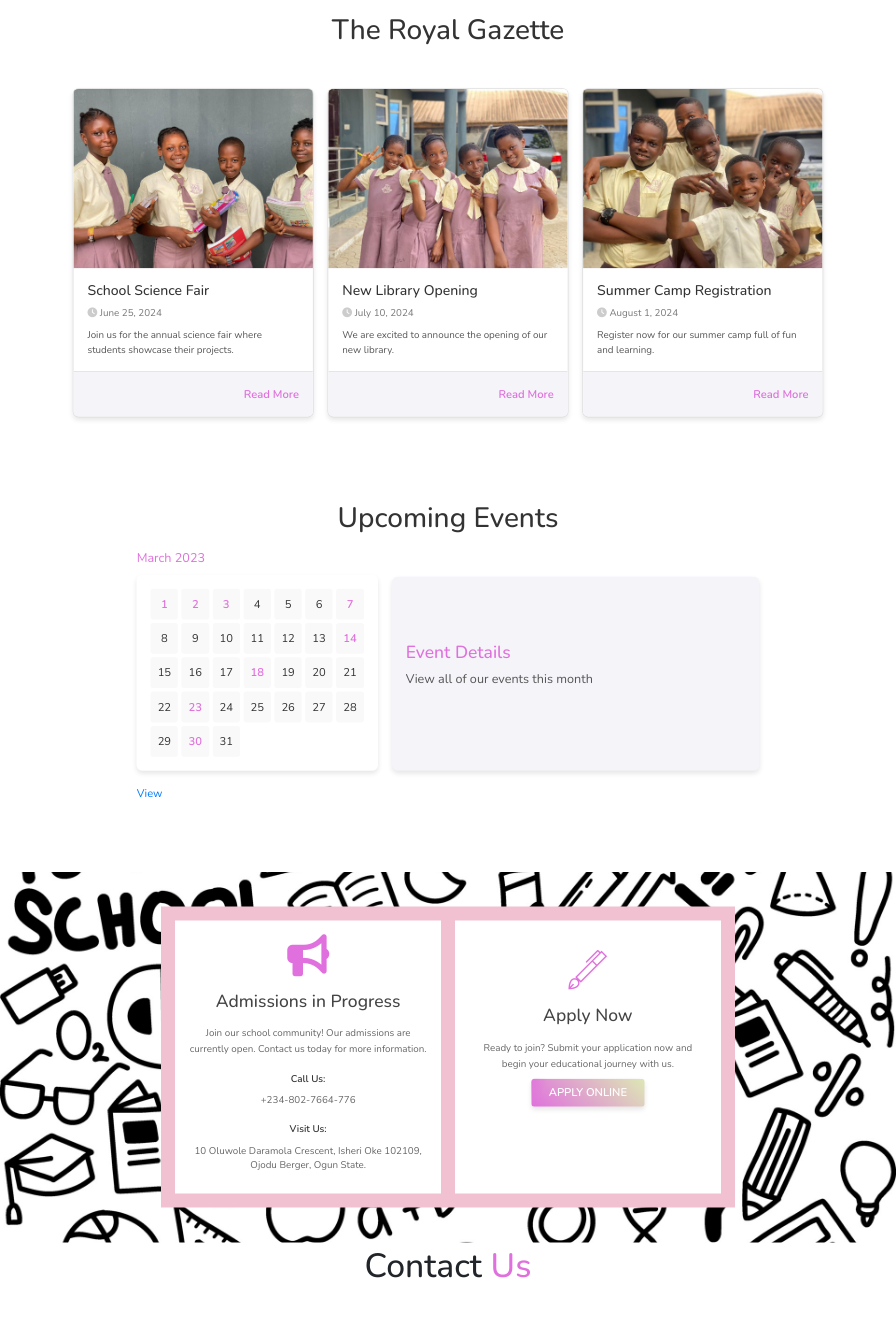
Repository: AdeniranZion/RC-Academy
Page: http://localhost/
An editor plug-in stored every save of this project. The page is shown before and after the next save, followed by the edit.
The browser window is 1280 px wide. The pictures show the part of the page from y = 4580 to 6500 px (the page is 7875 px tall before and 7976 px after), at 70% of full size.
Backgrounds fixed to the window are drawn as part of the page. Some web libraries are served in a nearby version. The page is run by PHP 8.4 with error messages shown; the project is at /var/www/html/.

Above is the page before, as saved 2024-06-24 08:39:07.
Console error: TypeError: Cannot set properties of null (setting 'onclick')

After the next save:
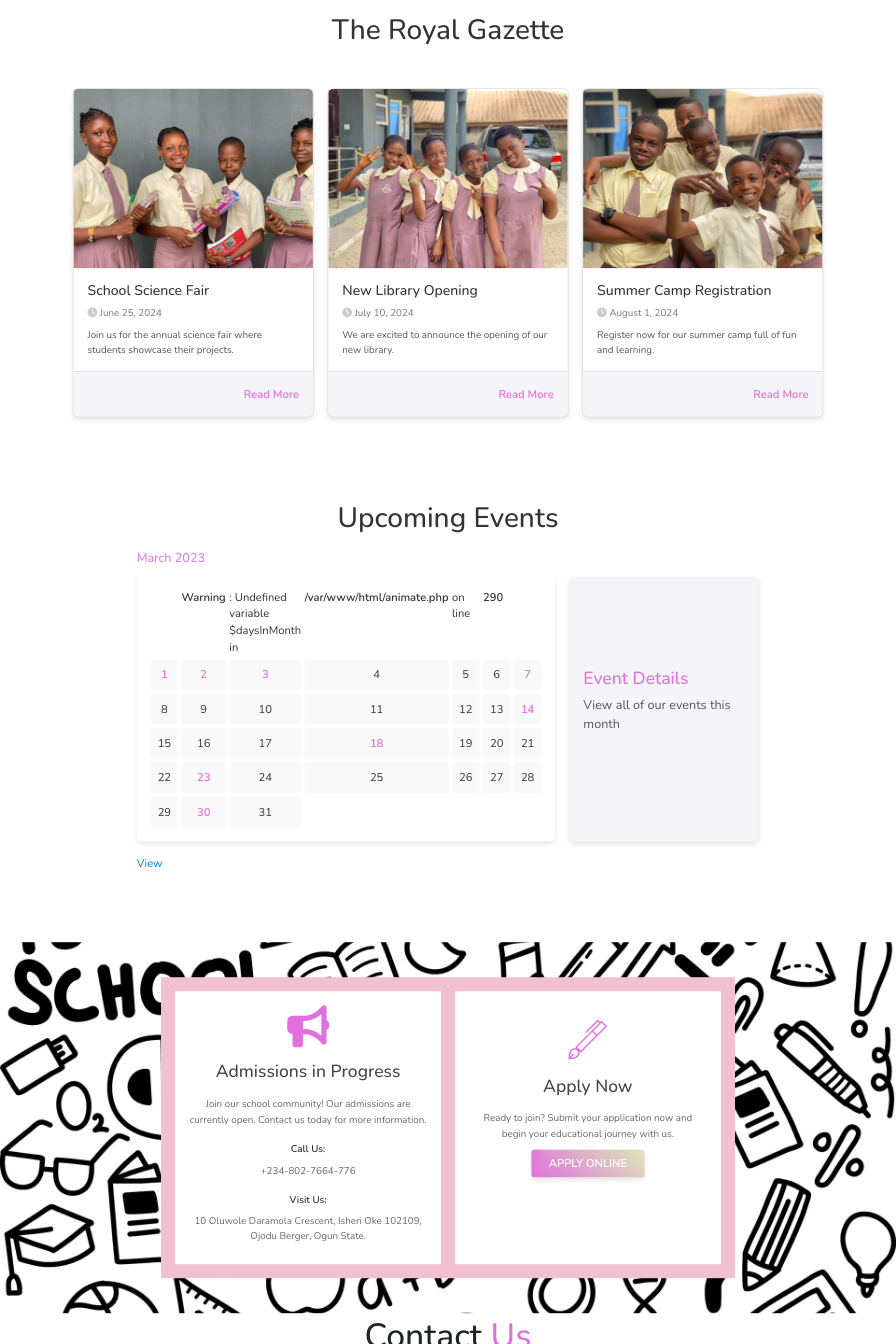
Saved 36 s later.
--- a/animate.php
+++ b/animate.php
@@ -284,6 +284,13 @@
                     </div>
                     <div class="calendar">
                         <?php
+                        $currentDay = date('j'); // Get the current day of the month
+
+                        // Loop through each day of the month
+                        for ($day = 1; $day <= $daysInMonth; $day++) {
+
+                        }
+
                         // Sample events with additional details
                         $events = [
                             1 => ["title" => "Science Fair", "time" => "10:00 AM", "location" => "School Auditorium", "details" => "Annual school science fair with exciting projects from students."],
